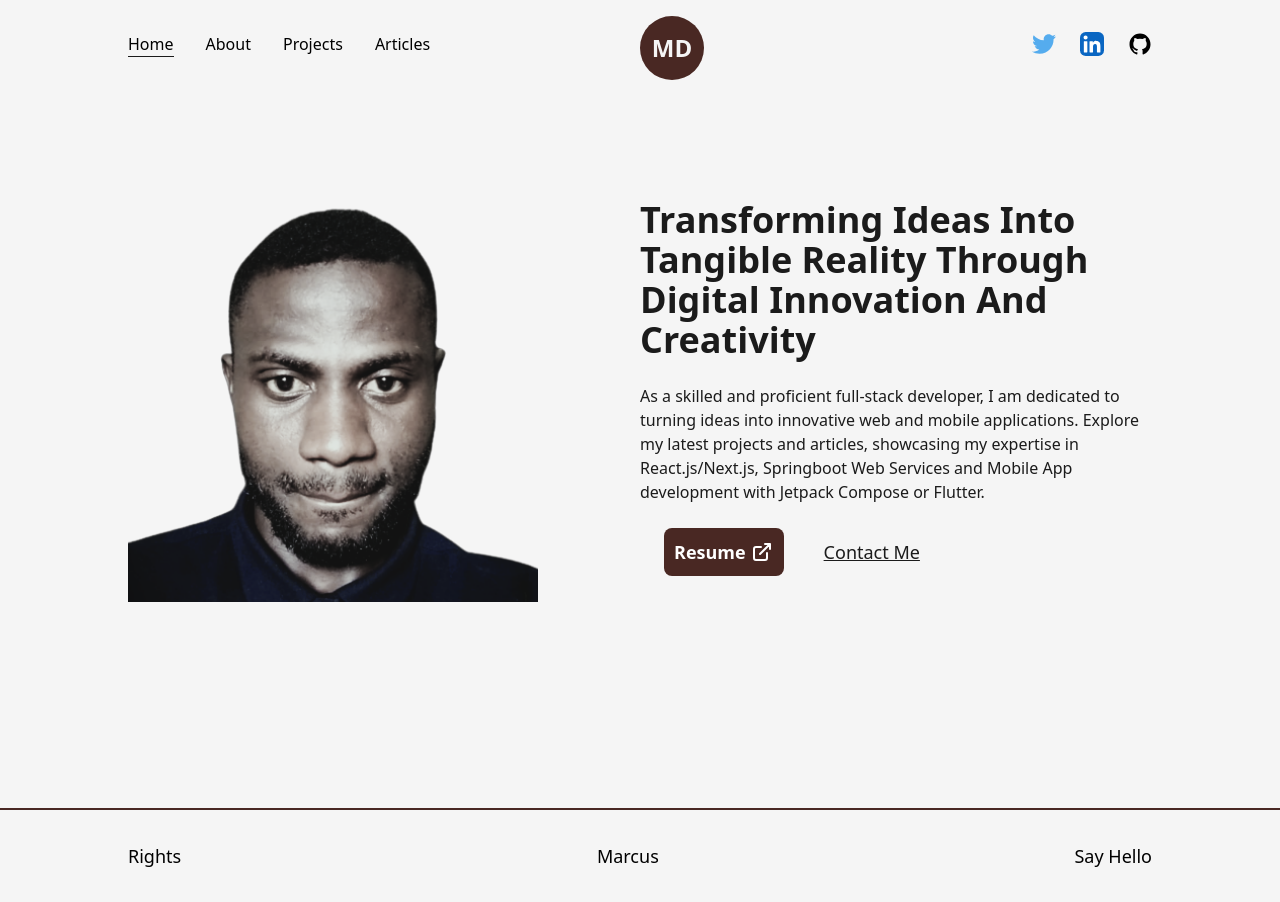
Repository: marcusdashe/situs
Page: /
The author's editor kept a copy of each file at every save. The page is drawn from the files as they stood at one save, then again after the next save.
The browser window is 1280 px wide. The pictures show the whole page.
The project was rebuilt for these pictures with package versions that can differ from the ones it lists, and the page was loaded fresh each time. The framework's server and built-in components were replaced by stand-ins that run in the browser.

Above is the page before, as saved 2023-06-15 19:07:36.

After the next save:
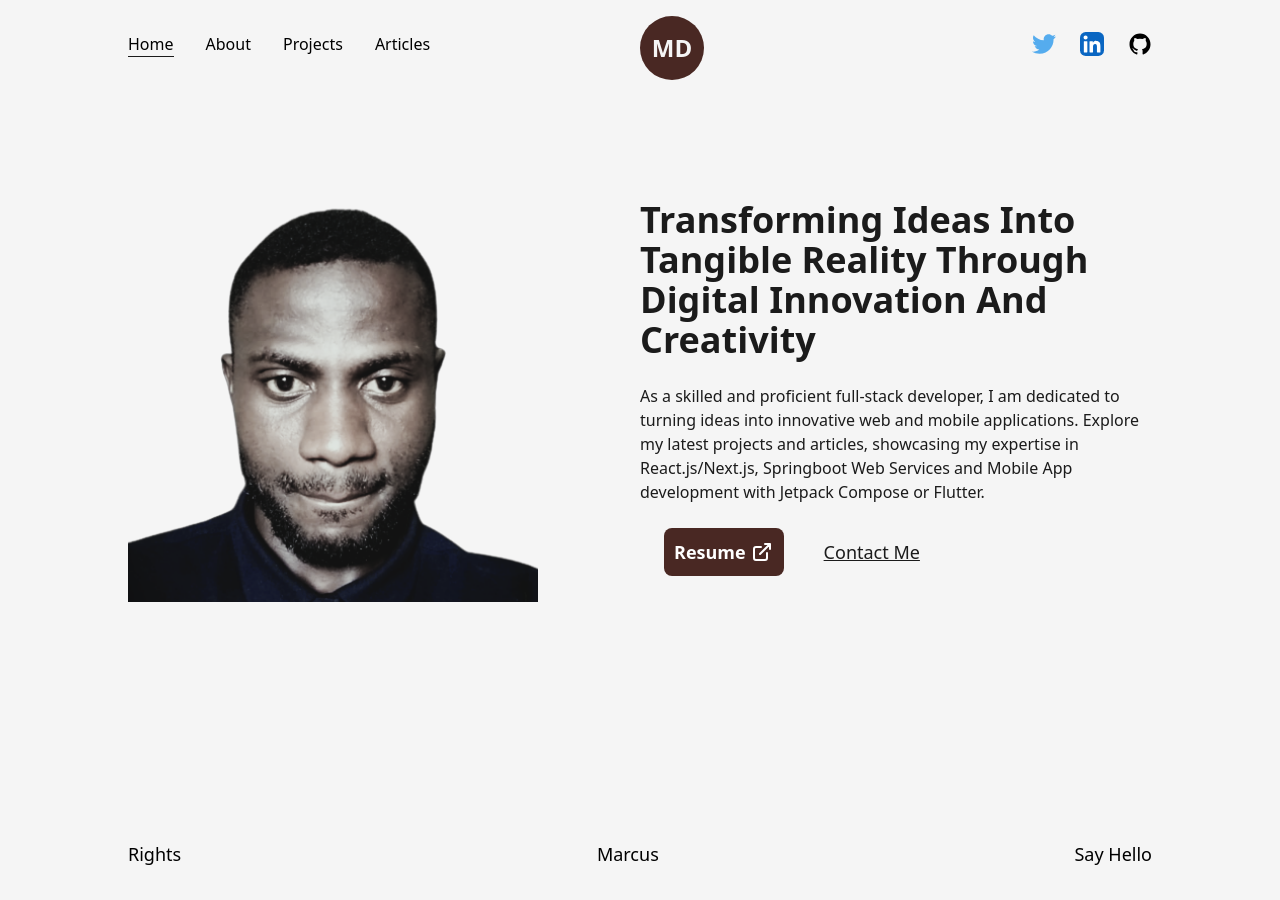
Saved 34 s later.
--- a/src/components/Footer.jsx
+++ b/src/components/Footer.jsx
@@ -4,7 +4,7 @@ import Link from "next/link";
 
 const Footer = () => {
   return (
-    <footer className="w-full border-t-2 border-solid border-primaryDark font-medium text-lg ">
+    <footer className="w-full border-t-1 border-solid border-primaryDark font-medium text-lg ">
       <Layout className="py-8 flex items-center justify-between">
         <span>Rights</span>
         <Link href="/">Marcus</Link>
